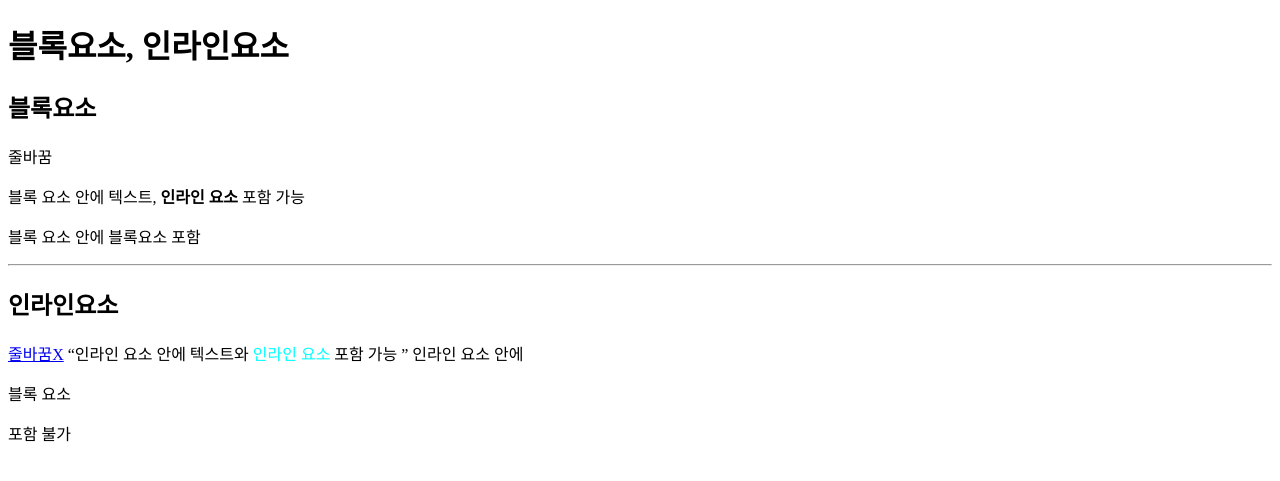
Repository: RUCKUSJERRY/PracticeOfUI
Page: UI01_HTML/WebContent/html01-block-inline.html
These files come from the project's save history. The page is drawn as it stood at one moment and after the next save; the edit follows.
The browser window is 1280 px wide. The pictures show the whole page.

Above is the page before, as saved 2021-01-14 03:37:38.

After the next save:
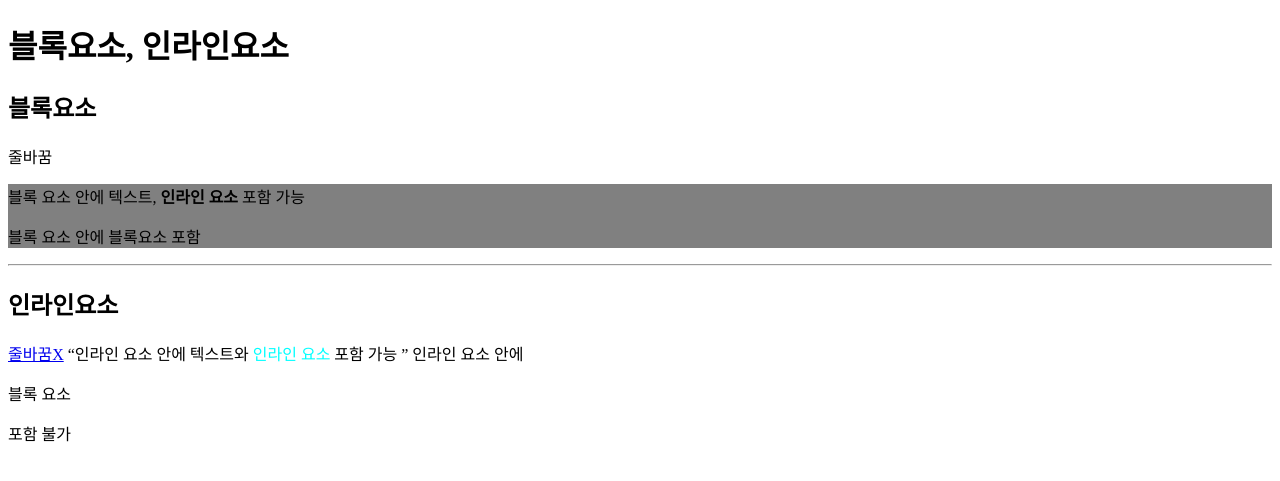
Saved 48 s later.
--- a/UI01_HTML/WebContent/html01-block-inline.html
+++ b/UI01_HTML/WebContent/html01-block-inline.html
@@ -10,7 +10,7 @@
 
 	<h2>블록요소</h2>
 	<p>줄바꿈</p>
-	<div>
+	<div style = "background-color: gray;">
 		블록 요소 안에 텍스트, <strong> 인라인 요소</strong> 포함 가능
 		<p> 블록 요소 안에 블록요소 포함 </p>
 	</div>
